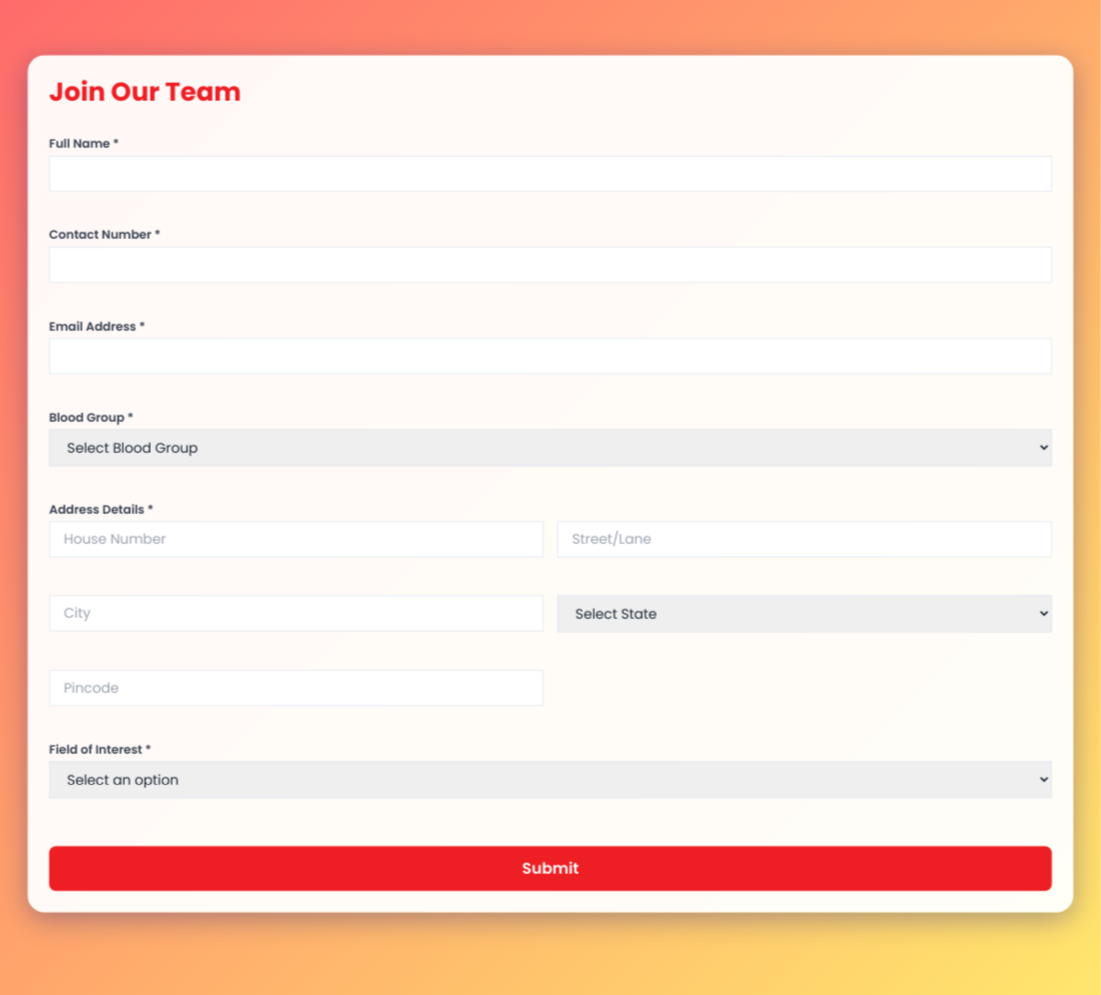
Repository: thegurjararyan/website-master
Page: forms/join-community.html
The author's editor kept a copy of each file at every save. The page is drawn from the files as they stood at one save, then again after the next save.
The browser window is 1280 px wide. The pictures show the whole page, at 86% of full size.
Some web libraries are served in a nearby version.

Above is the page before, as saved 2024-11-08 15:17:14.

After the next save:
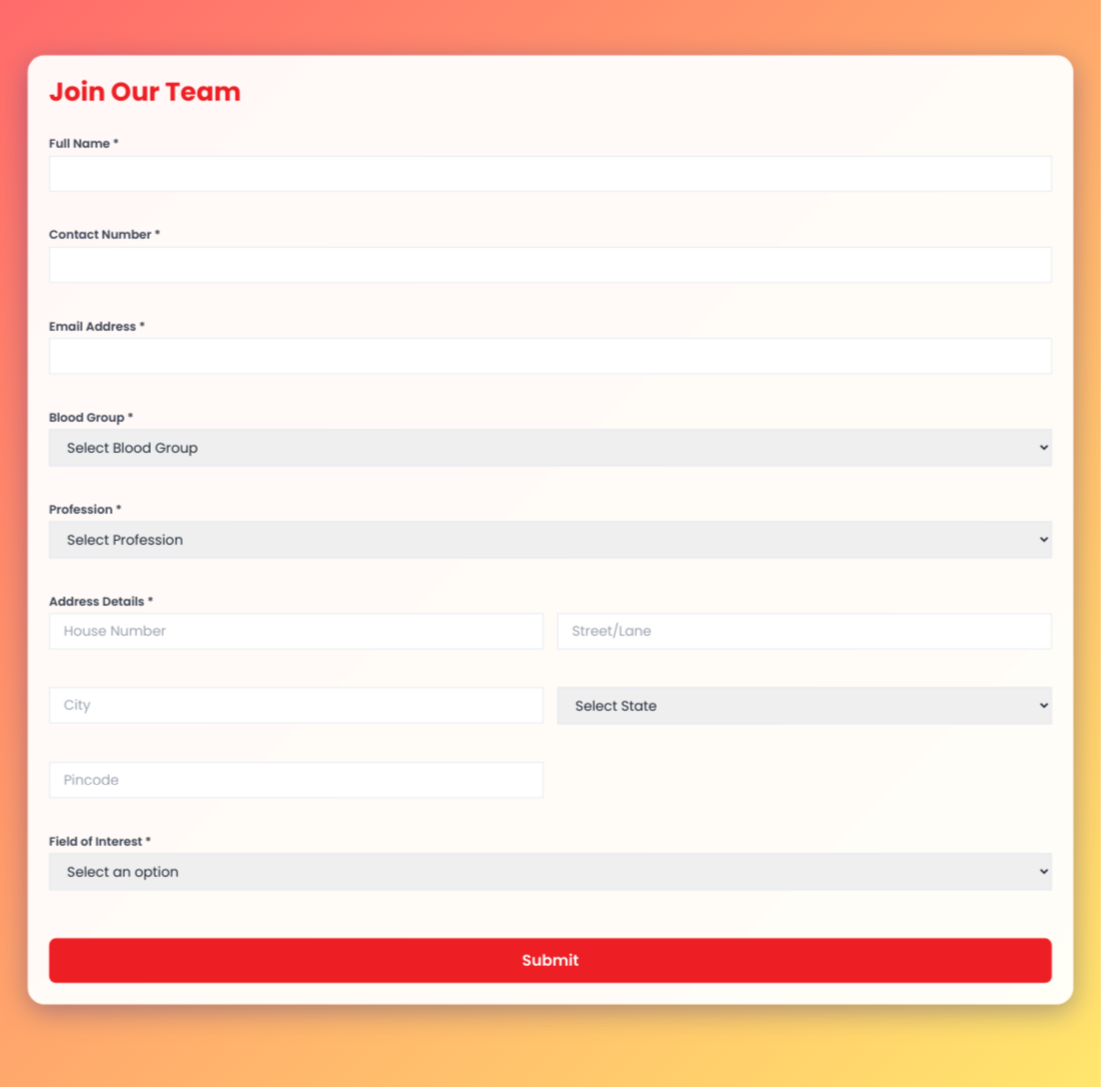
Saved 4 min 43 s later.
--- a/forms/join-community.html
+++ b/forms/join-community.html
@@ -207,6 +207,32 @@
                         <option value="AB-">AB-</option>
                     </select>
                     <span class="error-message">Please select your blood group</span>
+                </div>
+                <div>
+                    <label class="block text-gray-700 font-semibold text-sm">Profession *</label>
+                    <select required name="profession" class="form-input mt-1 block w-full">
+                        <option value="">Select Profession</option>
+                        <option value="Student">Student</option>
+                        <option value="Doctor">Doctor</option>
+                        <option value="Engineer">Engineer</option>
+                        <option value="Teacher">Teacher</option>
+                        <option value="Business Owner">Business Owner</option>
+                        <option value="IT Professional">IT Professional</option>
+                        <option value="Lawyer">Lawyer</option>
+                        <option value="Accountant">Accountant</option>
+                        <option value="Artist">Artist</option>
+                        <option value="Writer">Writer</option>
+                        <option value="Healthcare Worker">Healthcare Worker</option>
+                        <option value="Sales Professional">Sales Professional</option>
+                        <option value="Marketing Professional">Marketing Professional</option>
+                        <option value="Government Employee">Government Employee</option>
+                        <option value="Architect">Architect</option>
+                        <option value="Chef">Chef</option>
+                        <option value="Researcher">Researcher</option>
+                        <option value="Retired">Retired</option>
+                        <option value="Other">Other</option>
+                    </select>
+                    <span class="error-message">Please select your profession</span>
                 </div>
                 <div>
                     <label class="block text-gray-700 font-semibold text-sm">Address Details *</label>
